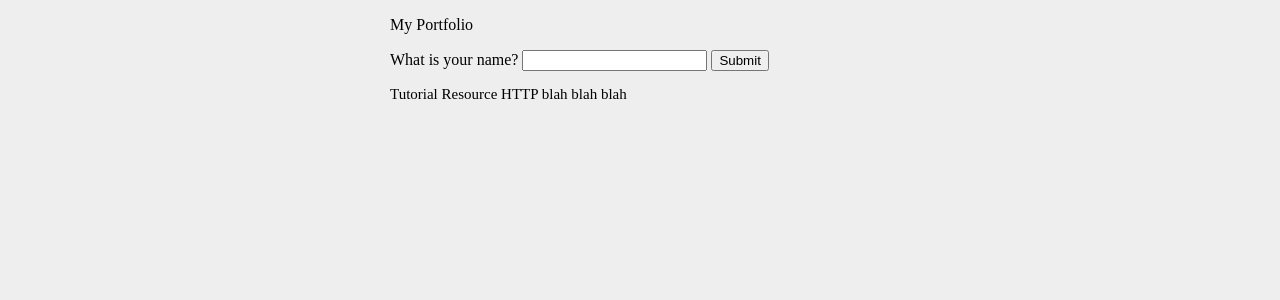
Repository: WillLiang918/Portfolio
Page: http://localhost/Task_Manager/portfolio.jsp
An editor plug-in stored every save of this project. The page is shown before and after the next save, followed by the edit.
The browser window is 1280 px wide. The pictures show the whole page.
The page is served by Tomcat 9. Other server files are loaded and not shown.

Above is the page before, as saved 2015-07-23 21:50:22.

### Task_Manager/WebContent/portfolio.jsp
<%@ page language="java" contentType="text/html" pageEncoding="UTF-8"%>
<!DOCTYPE html>
<html>
<head>
<meta charset="utf-8">
<title>JSP AJAX Form</title>
<script src="javascript/jquery-2.1.4.js"></script>
<script src="javascript/basic.js"></script>
<link rel="stylesheet" href="css/basic.css" type="text/css" media="screen" />
</head>
<body>
	<p class="Large">My Portfolio</p>
	<form id="updateUsername">
		<label for="username">What is your name?</label>
		<input type="text" id="username" name="username" />
		<input type="submit" />
	</form>
	<p id="displayName" />
	<br>
	<p class="small">Tutorial Resource HTTP blah blah blah</p>
</body>
</html>

### Task_Manager/WebContent/javascript/basic.js
/**
 *
 */

$(document).ready(function(){
	//Update user name JS
	$('#updateUsername').submit(function(){
		$.ajax({
			url: 'update',
			type: 'POST',
			dataType: 'json',
			data: $('#updateUsername').serialize(),
			success: function(data){
				if(data.isValid){
					$('#displayName').html('Your name is: ' + data.username);
					$('#displayName').slideDown(500);
				}
				else {
					alert('Please enter a valid username!')
				}
			}
		});
		return false;
	});

	//Forgot Password
	$('#forgotPassword').submit(function(){
		$.ajax({
			url: 'update',
			type: 'POST',
			dataType: 'json',
			data: $('#forgotPassword').serialize(),
			success: function(data){
				if(data.isValid){
					$('#displayName').html('Your name is: ' + data.username);
					$('#displayName').slideDown(500);
				}
				else {
					alert('Please enter a valid username!')
				}
			}
		});
		return false;
	});
});

### Task_Manager/WebContent/css/basic.css
@CHARSET "UTF-8";

body {
	margin: 0px auto;
	width: 500px;
	background-color: #EEEEEE;
}

p.large{
	font-size:20px
}

p.small{
	font-size:15px;
}

p#displayName {
	display: none;
}

Loaded but not shown: Task_Manager/WebContent/javascript/jquery-2.1.4.js (library)

After the next save:
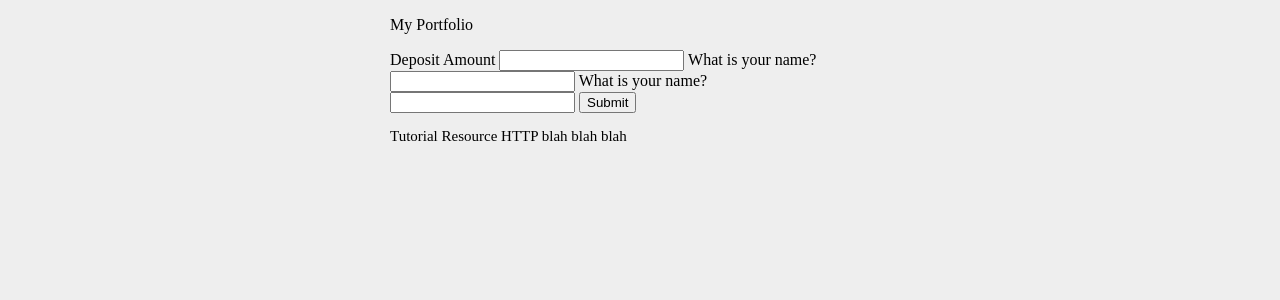
Saved 109 s later.
--- a/Task_Manager/WebContent/portfolio.jsp
+++ b/Task_Manager/WebContent/portfolio.jsp
@@ -10,7 +10,11 @@
 </head>
 <body>
 	<p class="Large">My Portfolio</p>
-	<form id="updateUsername">
+	<form id="updatePortfolio">
+		<label for="depositAmt">Deposit Amount</label>
+		<input type="text" id="depositAmt" name="depositAmt" />
+		<label for="username">What is your name?</label>
+		<input type="text" id="username" name="username" />
 		<label for="username">What is your name?</label>
 		<input type="text" id="username" name="username" />
 		<input type="submit" />
